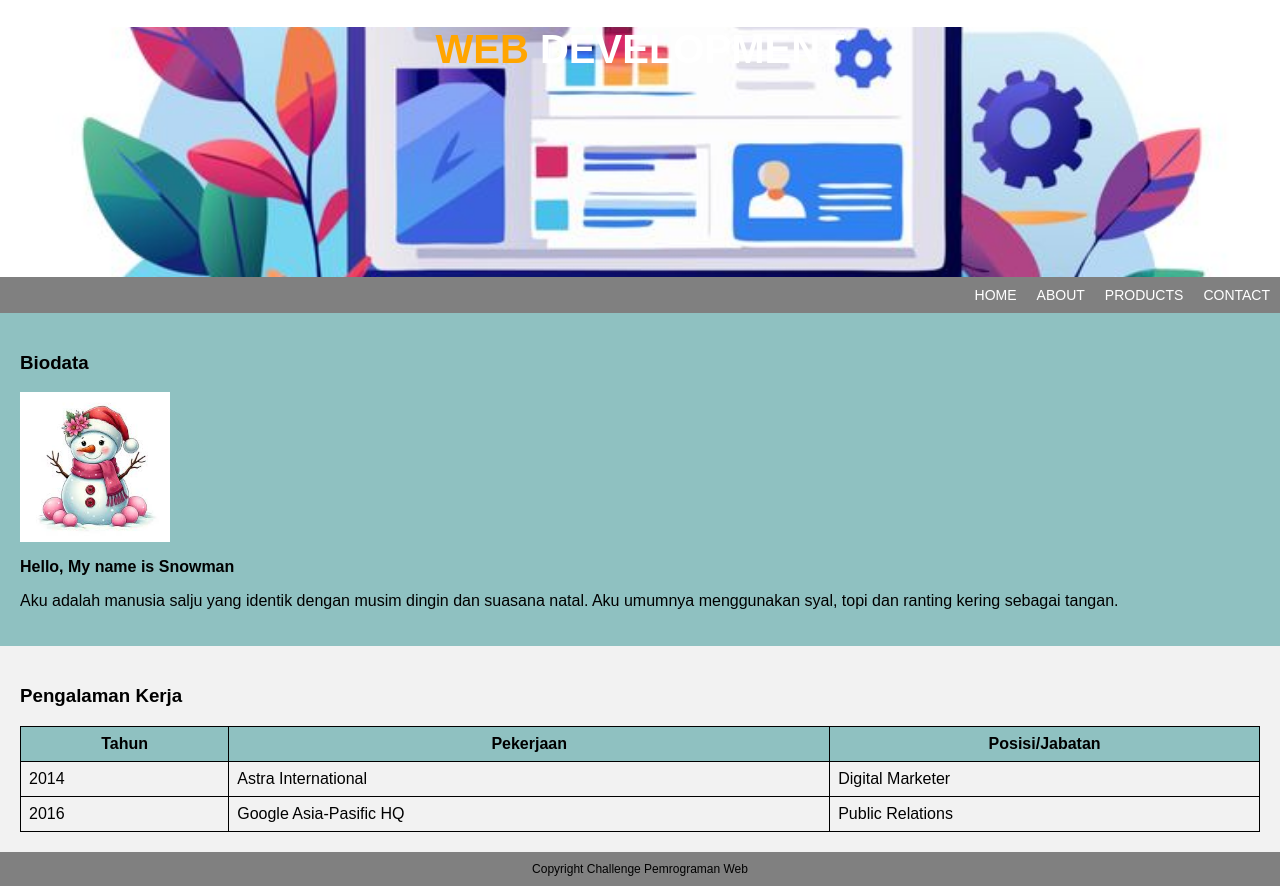
Repository: razitazhr/Pertemuan-6_24.116194
Page: Pertemuan 5/Challenge 5.html
The author's editor kept a copy of each file at every save. The page is drawn from the files as they stood at one save, then again after the next save.
The browser window is 1280 px wide. The pictures show the whole page.

Above is the page before, as saved 2026-05-03 22:00:12.

After the next save:
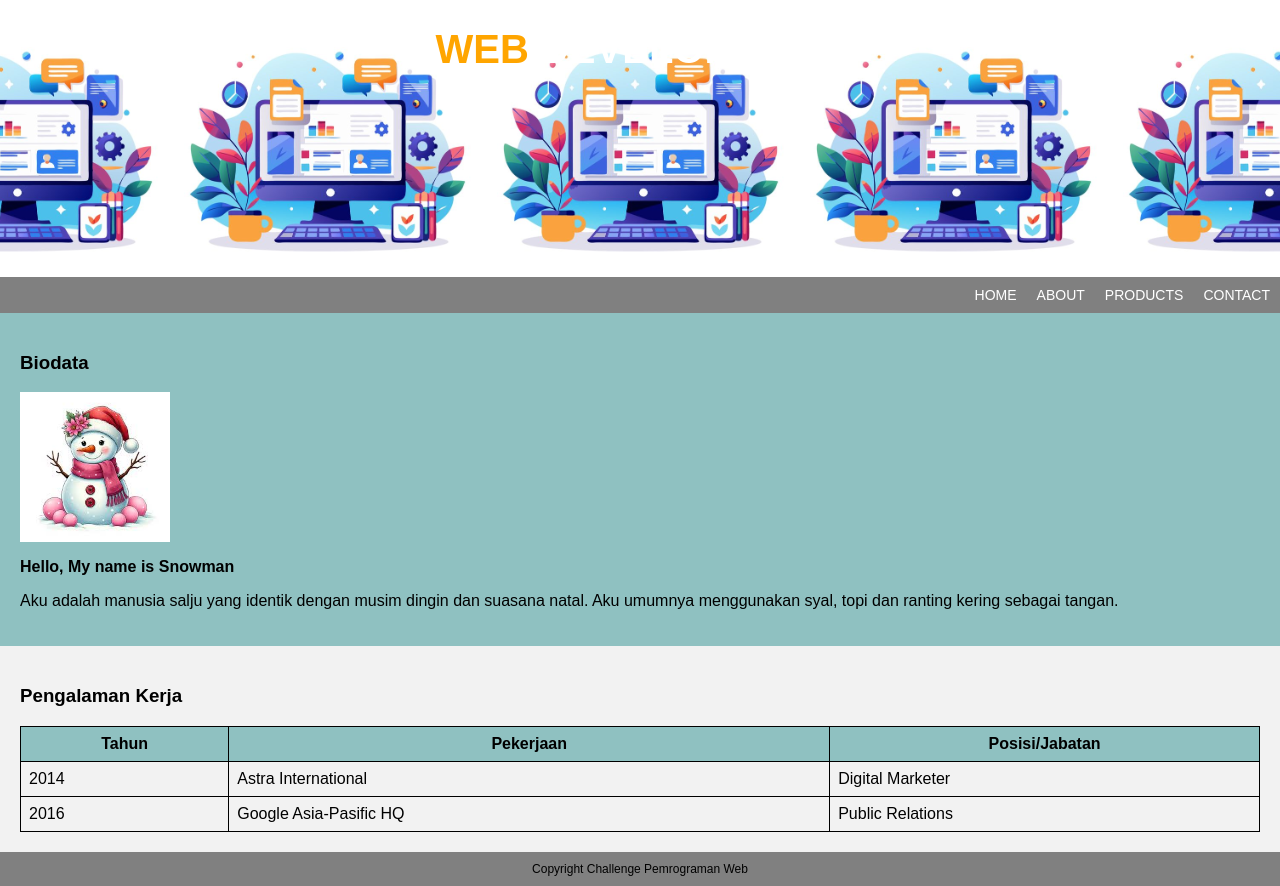
Saved 6 min 56 s later.
--- a/Pertemuan 5/Style.CSS
+++ b/Pertemuan 5/Style.CSS
@@ -4,8 +4,9 @@ body {
 }
 .header {
     background-image: url('banner.jpg');
-    background-size: cover;
-    background-position: center;
+    background-size: contain;
+    background-color: #4fa3c7;
+    background-position: top;
     height: 250px;
     position: relative;
 }
@@ -13,8 +14,9 @@ body {
     background: rgba(0, 0, 0, 0, 3);
     height: 100%;
     display: flex;
-    align-items: center;
-    justify-content: center;
+    align-items: flex-start;
+    justify-content: flex-end;
+    padding: 20px;
 }
 .header h1 {
     color: white;
